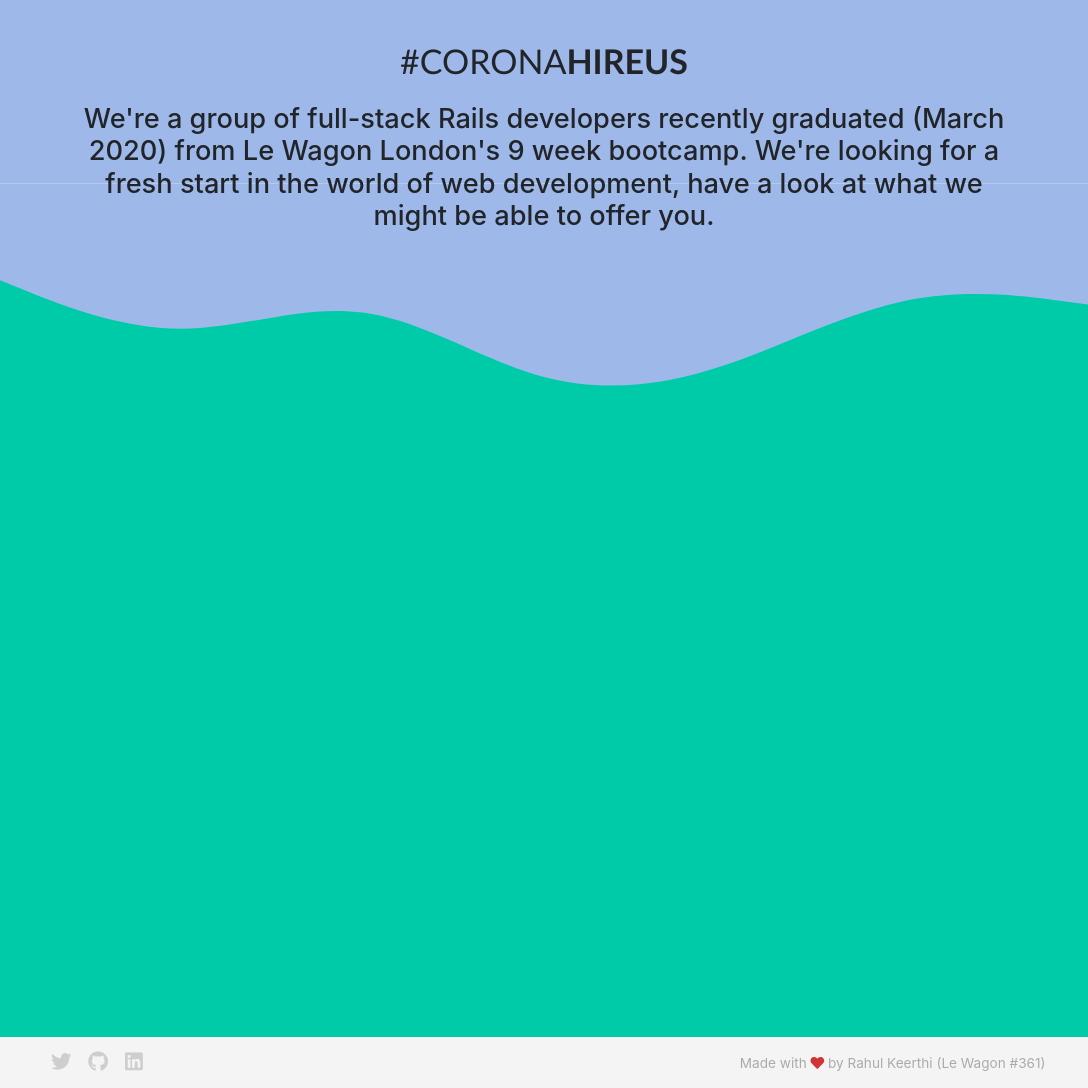
Repository: rahulkeerthi/coronahireus
Page: index.html
The author's editor kept a copy of each file at every save. The page is drawn from the files as they stood at one save, then again after a run of saves.
The browser window is 1280 px wide. The pictures show the whole page, at 85% of full size.
Some web libraries are served in a nearby version.

Above is the page before, as saved 2020-03-27 23:08:38.

### index.html
<!DOCTYPE html>
<html lang="en">
<head>
    <meta charset="UTF-8">
    <meta name="viewport" content="width=device-width, initial-scale=1.0">
    <meta http-equiv="X-UA-Compatible" content="IE=edge">
    <title>Corona-Hire-Us</title>
    <link rel="stylesheet" href="style.css">
    <script src="main.js" defer></script>
    <link rel="shortcut icon" href="data:[embedded picture, 18 characters]" type="image/x-icon">
    <link rel="stylesheet" href="https://use.fontawesome.com/releases/v5.0.10/css/all.css">
    <link rel="stylesheet" href="https://stackpath.bootstrapcdn.com/bootstrap/4.3.1/css/bootstrap.min.css">
  </head>
<body>
    <div>
        <div class="wrapper">
            <div class="sky text-center">
                <h1 class="pt-5">#CORONA<strong>HIREUS</strong></h1>
                <h2 class="container py-3">We're a group of full-stack Rails developers recently graduated (March 2020) from Le Wagon London's 9 week bootcamp. We're looking for a fresh start in the world of web development, have a look at what we might be able to offer you.</p>
            </div>
            <div class="hills">
                <svg xmlns="http://www.w3.org/2000/svg" viewBox="0 0 1440 320"><path fill="#00cba9" fill-opacity="1" d="M0,128L40,144C80,160,160,192,240,192C320,192,400,160,480,170.7C560,181,640,235,720,256C800,277,880,267,960,240C1040,213,1120,171,1200,154.7C1280,139,1360,149,1400,154.7L1440,160L1440,320L1400,320C1360,320,1280,320,1200,320C1120,320,1040,320,960,320C880,320,800,320,720,320C640,320,560,320,480,320C400,320,320,320,240,320C160,320,80,320,40,320L0,320Z"></path></svg>
            </div>
            <div class="field">
            </div>
        </div>
    </div>
    <div class="footer">
        <div class="footer-links">
            <a href="https://twitter.com/CoronaHire"><i class="fab fa-twitter"></i></a>
            <a href="https://github.com/rahulkeerthi/coronahireus"><i class="fab fa-github"></i></a>
            <a href="#"><i class="fab fa-linkedin"></i></a>
        </div>
        <div class="footer-copyright">
          Made with <i class="fas fa-heart"></i> by Rahul Keerthi (Le Wagon #361)
        </div>
      </div>
</body>
</html>

### style.css
body p {
    font-family: 'Lucida Sans', 'Lucida Sans Regular', 'Lucida Grande', 'Lucida Sans Unicode', Geneva, Verdana, sans-serif;
}

body h1 {
    font-family: 'Gill Sans', 'Gill Sans MT', Calibri, 'Trebuchet MS', sans-serif;
}

body h2 {

}

.wrapper {
    /* position: relative; */
}

.sky {
    background-color: #9eb8e9;
    height: 30vh;
}

.hills {
    background-color: #9eb8e9;
}

.field {
    background-color: #00cba9;
    height: 100vh;
}

/* FOOTER, BASED ON LE WAGON UI KIT */

.footer {
    background: #F4F4F4;
    display: flex;
    align-items: center;
    justify-content: space-between;
    height: 60px;
    padding: 0px 50px;
    color: rgba(0,0,0,0.3);
  }
  .footer-links {
    display: flex;
    align-items: center;
  }
  .footer-links a {
    color: black;
    opacity: 0.15;
    text-decoration: none;
    font-size: 24px;
    padding: 0px 10px;
  }
  .footer-links a:hover {
    color: #016151;
    opacity: 1;
  }
  .footer .fa-heart {
    color: #D23333;
  }

Loaded but not shown: main.js (no copy from this time; the picture is the same without it)

After the next 3 saves:
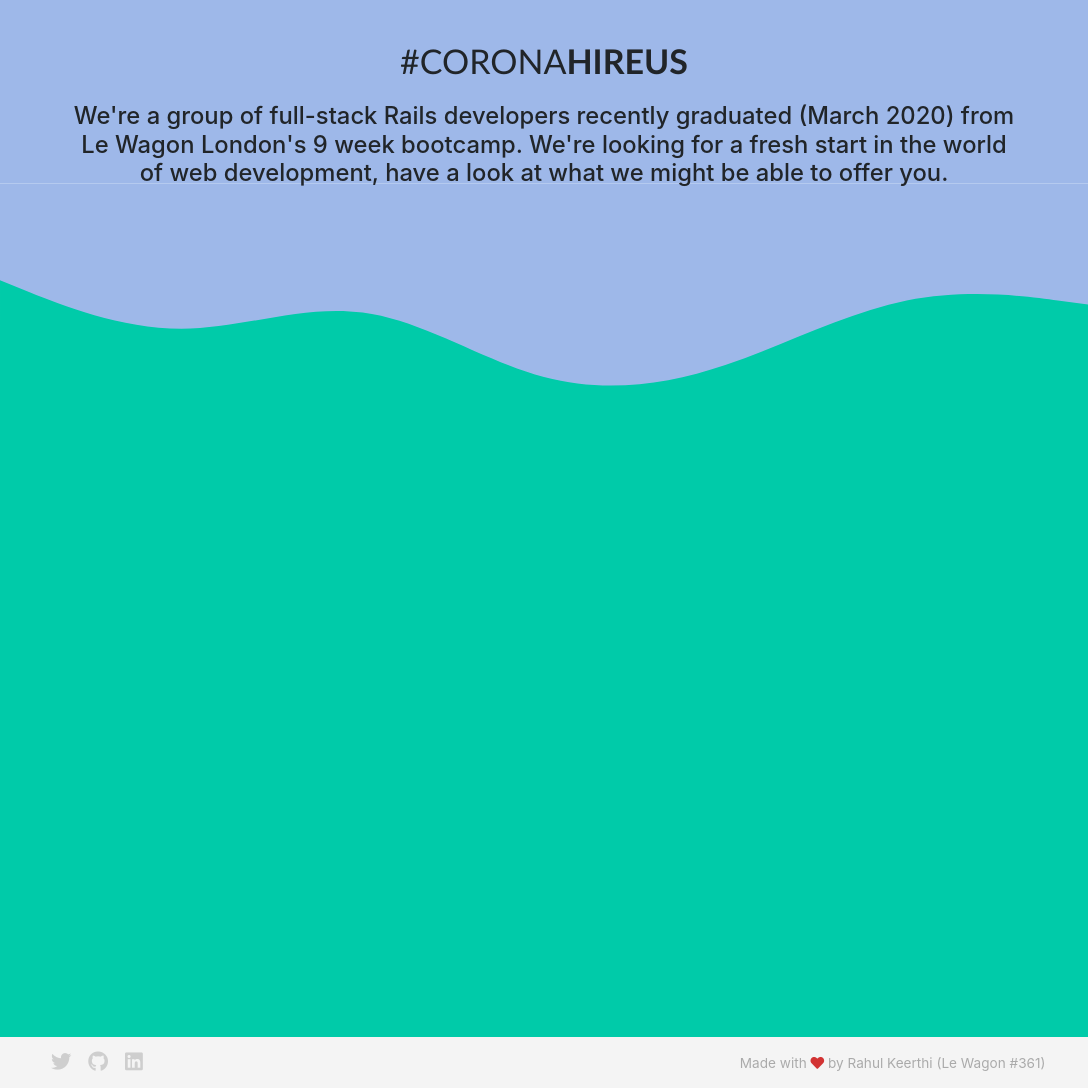
The 3 saves are shown as one change because they came seconds apart.
The last was saved 10 s later.
--- a/index.html
+++ b/index.html
@@ -16,7 +16,7 @@
         <div class="wrapper">
             <div class="sky text-center">
                 <h1 class="pt-5">#CORONA<strong>HIREUS</strong></h1>
-                <h2 class="container py-3">We're a group of full-stack Rails developers recently graduated (March 2020) from Le Wagon London's 9 week bootcamp. We're looking for a fresh start in the world of web development, have a look at what we might be able to offer you.</p>
+                <h3 class="container py-3">We're a group of full-stack Rails developers recently graduated (March 2020) from Le Wagon London's 9 week bootcamp. We're looking for a fresh start in the world of web development, have a look at what we might be able to offer you.</h3>
             </div>
             <div class="hills">
                 <svg xmlns="http://www.w3.org/2000/svg" viewBox="0 0 1440 320"><path fill="#00cba9" fill-opacity="1" d="M0,128L40,144C80,160,160,192,240,192C320,192,400,160,480,170.7C560,181,640,235,720,256C800,277,880,267,960,240C1040,213,1120,171,1200,154.7C1280,139,1360,149,1400,154.7L1440,160L1440,320L1400,320C1360,320,1280,320,1200,320C1120,320,1040,320,960,320C880,320,800,320,720,320C640,320,560,320,480,320C400,320,320,320,240,320C160,320,80,320,40,320L0,320Z"></path></svg>
